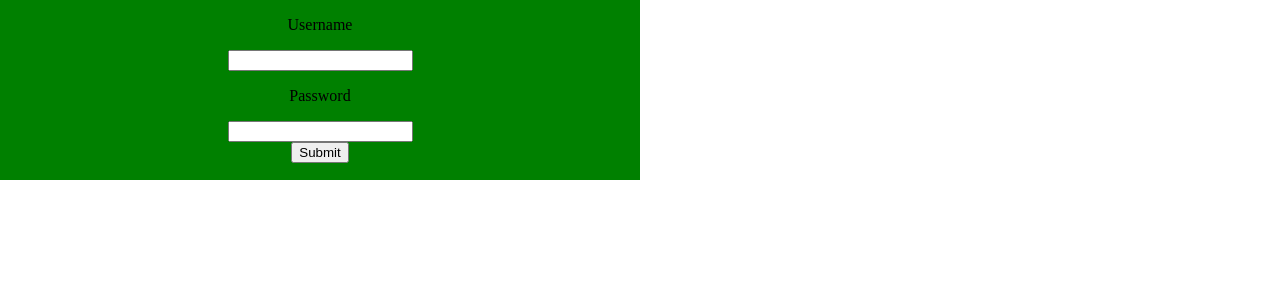
Repository: rdf004/playfab_blackjack
Page: /
The author's editor kept a copy of each file at every save. The page is drawn from the files as they stood at one save, then again after the next save.
The browser window is 1280 px wide. The pictures show the whole page.
The project was rebuilt for these pictures with package versions that can differ from the ones it lists, and the page was loaded fresh each time. Also part of the build but not shown: src/Components/App.js.

Above is the page before, as saved 2020-05-07 20:14:49.

### src/index.js
import React from 'react';
import ReactDOM from 'react-dom';
import './Style/style.css';
import App from './Components/App';
import Login from './Components/Login';
import * as serviceWorker from './serviceWorker';

ReactDOM.render(
  <React.StrictMode>
    <Login />
  </React.StrictMode>,
  document.getElementById('root')
);

// If you want your app to work offline and load faster, you can change
// unregister() to register() below. Note this comes with some pitfalls.
// Learn more about service workers: https://bit.ly/CRA-PWA
serviceWorker.unregister();

### src/Style/style.css
.login-div {
    background-color: green;
    width: 50vw;
    height: 25vh;
    display: grid;
    text-align: center;
    grid-template-columns: 100%;
}


html, body {
    margin:0;
    padding:0;
    width:100%;
    height:100%;
    overflow: auto;
}

### src/Components/Login.js
import React from 'react';

class Login extends React.Component {

    render() {
        return(
            <div className="login-page">
                <div className="login-div">
                    <form>
                        <div>
                            <label className="login-item">
                                <p className="login-field">Username</p>
                                <input type="text" name="username" />
                            </label>
                        </div>
                        <div>
                            <label className="login-item">
                                <p className="login-field">Password</p>
                                <input type="text" name="password" />
                            </label>
                        </div>
                        <input className="login-item" type="submit" value="Submit" />
                    </form>
                </div>
            </div>
        );
    }

}

export default Login;

Loaded but not shown: public/index.html (common file); src/serviceWorker.js (common file)

After the next save:
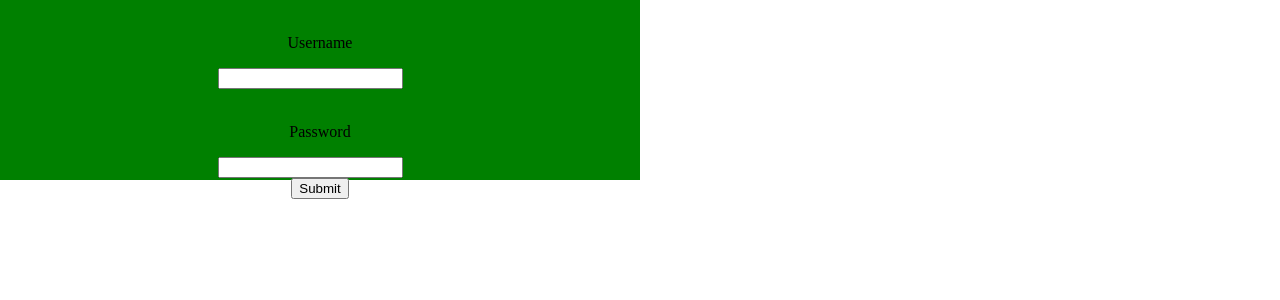
Saved 19 s later.
--- a/src/Style/style.css
+++ b/src/Style/style.css
@@ -5,6 +5,10 @@
     display: grid;
     text-align: center;
     grid-template-columns: 100%;
+}
+
+.login-item {
+    margin: auto 20px;
 }
 
 
